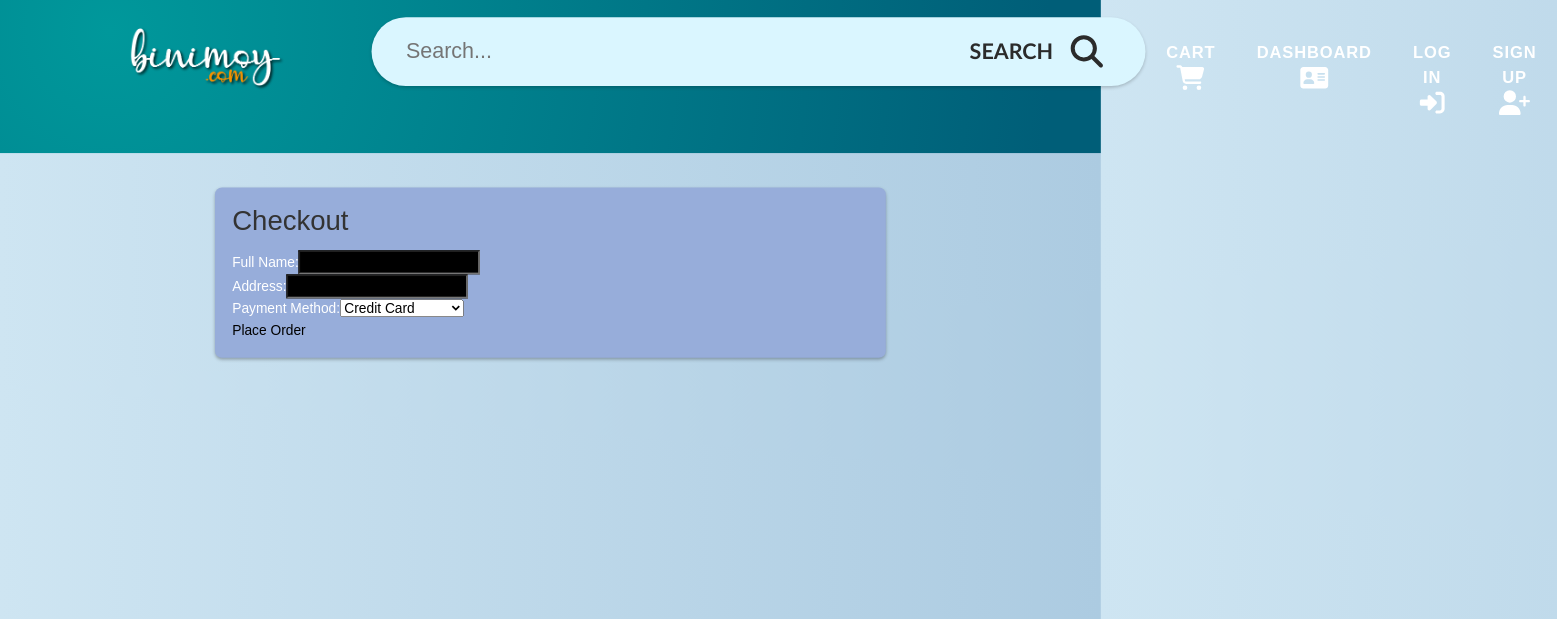
Repository: Shadman2024/2_1_DatabaseProject
Page: /checkout (app in frontend/)
The author's editor kept a copy of each file at every save. The page is drawn from the files as they stood at one save, then again after the next save.
The browser window is 1280 px wide. The page is 1811 px wide, so the pictures cover 1811 px, including what lies to the right of the window. The pictures show the whole page, at 86% of full size.
Some web libraries are served in a nearby version. The project was rebuilt for these pictures with package versions that can differ from the ones it lists, and the page was loaded fresh each time. Also part of the build but not shown: frontend/src/App.css, frontend/src/signUp/signup.js, frontend/src/logIn/login.js, frontend/src/Home/home.module.css, frontend/src/Home/hero.js, frontend/src/Home/hero2.js, frontend/src/Home/hero3.js, frontend/src/Home/smallcategory.module.css and 31 more.

Above is the page before, as saved 2024-03-08 12:44:37.

### frontend/public/index.html
<!DOCTYPE html>
<html lang="en">

<head>
  <meta charset="utf-8" />
  <link rel="icon" href="%PUBLIC_URL%/favicon.ico" />
  <meta name="viewport" content="width=device-width, initial-scale=1" />
  <meta name="theme-color" content="#000000" />
  <meta name="description" content="Web site created using create-react-app" />
  <link rel="apple-touch-icon" href="%PUBLIC_URL%/logo192.png" />
  <!--
      manifest.json provides metadata used when your web app is installed on a
      user's mobile device or desktop. See https://developers.google.com/web/fundamentals/web-app-manifest/
    -->
  <link rel="manifest" href="%PUBLIC_URL%/manifest.json" />
  <link href="https://cdn.jsdelivr.net/npm/bootstrap@5.0.2/dist/css/bootstrap.min.css" rel="stylesheet"
    integrity="sha384-EVSTQN3/azprG1Anm3QDgpJLIm9Nao0Yz1ztcQTwFspd3yD65VohhpuuCOmLASjC" crossorigin="anonymous">
  <!--
      Notice the use of %PUBLIC_URL% in the tags above.
      It will be replaced with the URL of the `public` folder during the build.
      Only files inside the `public` folder can be referenced from the HTML.

      Unlike "/favicon.ico" or "favicon.ico", "%PUBLIC_URL%/favicon.ico" will
      work correctly both with client-side routing and a non-root public URL.
      Learn how to configure a non-root public URL by running `npm run build`.
    -->
  <title>React App</title>
</head>

<body style="background: linear-gradient(to right, #cee5f2, #accbe1);
/* Other styles */
margin: 0;
height: 100vh;
color: white;">
<!-- <body style="background: #1B1B1B"> -->


  <noscript>You need to enable JavaScript to run this app.</noscript>
  <div id="root"></div>
  <!--
      This HTML file is a template.
      If you open it directly in the browser, you will see an empty page.

      You can add webfonts, meta tags, or analytics to this file.
      The build step will place the bundled scripts into the <body> tag.

      To begin the development, run `npm start` or `yarn start`.
      To create a production bundle, use `npm run build` or `yarn build`.
    -->
  <script src="https://cdn.jsdelivr.net/npm/bootstrap@5.0.2/dist/js/bootstrap.bundle.min.js"
    integrity="sha384-MrcW6ZMFYlzcLA8Nl+NtUVF0sA7MsXsP1UyJoMp4YLEuNSfAP+JcXn/tWtIaxVXM"
    crossorigin="anonymous"></script>
  <script src="https://cdn.jsdelivr.net/npm/@popperjs/core@2.9.2/dist/umd/popper.min.js"
    integrity="sha384-IQsoLXl5PILFhosVNubq5LC7Qb9DXgDA9i+tQ8Zj3iwWAwPtgFTxbJ8NT4GN1R8p"
    crossorigin="anonymous"></script>
  <script src="https://cdn.jsdelivr.net/npm/bootstrap@5.0.2/dist/js/bootstrap.min.js"
    integrity="sha384-cVKIPhGWiC2Al4u+LWgxfKTRIcfu0JTxR+EQDz/bgldoEyl4H0zUF0QKbrJ0EcQF"
    crossorigin="anonymous"></script>
  <script src="https://code.jquery.com/jquery-3.2.1.slim.min.js"
    integrity="sha384-KJ3o2DKtIkvYIK3UENzmM7KCkRr/rE9/Qpg6aAZGJwFDMVNA/GpGFF93hXpG5KkN"
    crossorigin="anonymous"></script>
  <script src="https://cdnjs.cloudflare.com/ajax/libs/popper.js/1.12.3/umd/popper.min.js"
    integrity="sha384-vFJXuSJphROIrBnz7yo7oB41mKfc8JzQZiCq4NCceLEaO4IHwicKwpJf9c9IpFgh"
    crossorigin="anonymous"></script>
  <script src="https://maxcdn.bootstrapcdn.com/bootstrap/4.0.0-beta.2/js/bootstrap.min.js"
    integrity="sha384-alpBpkh1PFOepccYVYDB4do5UnbKysX5WZXm3XxPqe5iKTfUKjNkCk9SaVuEZflJ"
    crossorigin="anonymous"></script>


</body>

</html>

### frontend/src/index.css
*{
  margin: 0;
  outline: none;
}
body {
  margin: 0;
  font-family: -apple-system, BlinkMacSystemFont, 'Segoe UI', 'Roboto', 'Oxygen',
    'Ubuntu', 'Cantarell', 'Fira Sans', 'Droid Sans', 'Helvetica Neue',
    sans-serif;
  -webkit-font-smoothing: antialiased;
  -moz-osx-font-smoothing: grayscale;
}

code {
  font-family: source-code-pro, Menlo, Monaco, Consolas, 'Courier New',
    monospace;
}
html {
  scroll-behavior: smooth;
  position: relative;
  min-height: 100%;
  overflow-x: hidden;
}

### frontend/src/checkout/checkout.js
import React, { Fragment, useState, useEffect, useLayoutEffect } from 'react';
import { useLocation, useNavigate } from 'react-router-dom';
import styles from './checkout.module.css';

const Checkout = ({ setAuth }) => {
    const navigate = useNavigate();
    const location = useLocation();
    const { cartItems } = location.state || { cartItems: [] };

    // States for form inputs
    const [name, setName] = useState('');
    const [address, setAddress] = useState('');
    const [paymentMethod, setPaymentMethod] = useState('creditCard');

    const handleSubmit = async (e) => {
        e.preventDefault();
        // Here you would typically send the order to your backend server
        // For this example, we'll just log it to the console and navigate to a confirmation page
        console.log({
            name,
            address,
            paymentMethod,
            cartItems,
        });
        // navigate('/order-confirmation'); // Assuming you have an order confirmation page
    };

    return (
        <Fragment>
            <div className={styles.checkoutContainer}>
                <h2>Checkout</h2>
                <form onSubmit={handleSubmit} className={styles.checkoutForm}>
                    <div className={styles.formGroup}>
                        <label htmlFor="name">Full Name:</label>
                        <input type="text" id="name" value={name} onChange={(e) => setName(e.target.value)} required />
                    </div>
                    <div className={styles.formGroup}>
                        <label htmlFor="address">Address:</label>
                        <input type="text" id="address" value={address} onChange={(e) => setAddress(e.target.value)} required />
                    </div>
                    <div className={styles.formGroup}>
                        <label>Payment Method:</label>
                        <select value={paymentMethod} onChange={(e) => setPaymentMethod(e.target.value)} required>
                            <option value="creditCard">Credit Card</option>
                            <option value="paypal">PayPal</option>
                            <option value="cash">Cash on Delivery</option>
                        </select>
                    </div>
                    <button type="submit" className={styles.submitButton}>Place Order</button>
                </form>
            </div>
        </Fragment>
    );
};

export default Checkout;

### frontend/src/signUp/signup.module.css

.login_box {
  position: absolute;
  top: 50%;
  left: 50%;
  width: 400px;
  padding: 40px;
  margin: 20px auto;
  transform: translate(-50%, -55%);
  background-image: radial-gradient( circle farthest-corner at 10% 20%,  rgba(0,152,155,1) 0.1%, rgba(0,94,120,1) 94.2% );
  box-sizing: border-box;
  box-shadow: 0 15px 25px rgba(0,0,0,.6);
  border-radius: 10px;
  color: #ffffff;
  font-size: large;
  /* padding-left: 100px;
  padding-right: 100px; */
}
.login_box .user_box {
  position: relative;
}

.login_box .user_box input {
  width: 100%;
  padding: 10px 0;
  font-size: 16px;
  color: #fffdfd;
  margin-bottom: 30px;
  border: none;
  /* background-color: #0F1F2A; */
  border-bottom: 1px solid #ffffff;
  outline: none;
  background: transparent;
  font-size: larger;
  /* font-weight: bolder; */
}

.login_box .user_box label {
  position: absolute;
  top: -20px;
  left: 0;
  padding: 10px 0;
  font-size: 20px;
  color: #ffffff;
  /* background-color: #2E5D7F; */
  pointer-events: none;
  transition: .5s;
  font-size: large;
  /* padding: 0px;
  padding-left: 20%;
  padding-right: 20%; */
  font-weight: bold;
}

.login_box .user_box input:focus ~ label,
.login_box .user_box input:valid ~ label {
  /* top: -20px; */
  left: 0;
  color: #ffffff;
  font-size: 20px;
  /* background-color: #242424; */
  padding: 0px;
  padding-left: 10px;
  padding-right: 10px;
  font-weight: bolder;
}


.login_box p:first-child {
  margin: 0 0 30px;
  padding: 0;
  color: #ffffff;
  text-align: center;
  font-size: 1.5rem;
  font-weight: bold;
  letter-spacing: 1px;
  padding-bottom: 30px;
}




.animated_button {
  position: relative;
  display: inline-block;
  padding: 12px 24px;
  border: none;
  font-size: 16px;
  background-color: inherit;
  border-radius: 100px;
  font-weight: 600;
  color: #ffffff;
  box-shadow: 0 0 0 2px #ffffff00;
  cursor: pointer;
  overflow: hidden;
  transition: all 0.6s cubic-bezier(0.23, 1, 0.320, 1);
  text-align: center;
  font-size: 1.2rem;
  /* font-weight: bold; */
  letter-spacing: 1px;
  /* padding-bottom: 30px; */
}

.animated_button span:last-child {
  position: absolute;
  top: 50%;
  left: 50%;
  transform: translate(-50%, -50%);
  width: 20px;
  height: 20px;
  background-color: #fff;
  /* color: #000; */
  border-radius: 50%;
  opacity: 0;
  transition: all 0.8s cubic-bezier(0.23, 1, 0.320, 1);
}

.animated_button span:first-child {
  position: relative;
  z-index: 1;
}

.animated_button:hover {
  box-shadow: 0 0 0 3px #ffffff;
  color: #2F0332;
}

.animated_button:active {
  scale: 0.95;
}

.animated_button:hover span:last-child {
  width: 150px;
  height: 150px;
  opacity: 1;
}

input {
  color: white;
  background-color: black;
}

::-ms-reveal {
  filter: invert(100%);
}

/* Chrome, Safari, Edge, Opera */
input::-webkit-outer-spin-button,
input::-webkit-inner-spin-button {
-webkit-appearance: none;
margin: 0;
}

### frontend/src/logIn/login.module.css


.login_box {
  position: absolute;
  top: 50%;
  left: 50%;
  width: 400px;
  padding: 40px;
  margin: 20px auto;
  transform: translate(-50%, -55%);
  background-image: radial-gradient( circle farthest-corner at 10% 20%,  rgba(0,152,155,1) 0.1%, rgba(0,94,120,1) 94.2% );
  box-sizing: border-box;
  box-shadow: 0 15px 25px rgba(0, 0, 0, .6);
  border-radius: 10px;
  color: #ffffff;
  font-size: large;
  /* padding-left: 100px;
  padding-right: 100px; */
}

.login_box .user_box {
  position: relative;
}

.login_box .user_box input {
  width: 100%;
  padding: 10px 0;
  font-size: 16px;
  color: #fffdfd;
  margin-bottom: 30px;
  border: none;
  /* background-color: #0F1F2A; */
  border-bottom: 1px solid #ffffff;
  outline: none;
  background: transparent;
  font-size: larger;
  /* font-weight: bolder; */
}

.login_box .user_box label {
  position: absolute;
  top: -20px;
  left: 0;
  padding: 10px 0;
  font-size: 20px;
  color: #ffffff;
  /* background-color: #2E5D7F; */
  pointer-events: none;
  transition: .5s;
  font-size: large;
  /* padding: 0px;
  padding-left: 20%;
  padding-right: 20%; */
  font-weight: bold;
}

.login_box .user_box input:focus~label,
.login_box .user_box input:valid~label {
  /* top: -20px; */
  left: 0;
  color: #ffffff;
  font-size: 20px;
  /* background-color: #242424; */
  padding: 0px;
  padding-left: 10px;
  padding-right: 10px;
  font-weight: bolder;
}


.login_box p:first-child {
  margin: 0 0 30px;
  padding: 0;
  color: #ffffff;
  text-align: center;
  font-size: 1.5rem;
  font-weight: bold;
  letter-spacing: 1px;
  padding-bottom: 30px;
}




.animated_button {
  position: relative;
  display: inline-block;
  padding: 12px 24px;
  border: none;
  font-size: 16px;
  background-color: inherit;
  border-radius: 100px;
  font-weight: 600;
  color: #ffffff;
  box-shadow: 0 0 0 2px #ffffff00;
  cursor: pointer;
  overflow: hidden;
  transition: all 0.6s cubic-bezier(0.23, 1, 0.320, 1);
  text-align: center;
  font-size: 1.2rem;
  /* font-weight: bold; */
  letter-spacing: 1px;
  /* padding-bottom: 30px; */
}

.animated_button span:last-child {
  position: absolute;
  top: 50%;
  left: 50%;
  transform: translate(-50%, -50%);
  width: 20px;
  height: 20px;
  background-color: #fff;
  /* color: #000; */
  border-radius: 50%;
  opacity: 0;
  transition: all 0.8s cubic-bezier(0.23, 1, 0.320, 1);
}

.animated_button span:first-child {
  position: relative;
  z-index: 1;
}

.animated_button:hover {
  box-shadow: 0 0 0 3px #ffffff;
  color: #2F0332;
}

.animated_button:active {
  scale: 0.95;
}

.animated_button:hover span:last-child {
  width: 150px;
  height: 150px;
  opacity: 1;
}

input {
  color: white;
  background-color: black;
}

::-ms-reveal {
  filter: invert(100%);
}

### frontend/src/dashboard/dashboard.module.css
body {
    /* font-family: Arial, sans-serif; */
    margin: 0;
    padding: 0;
    box-sizing: border-box;
    /* font-size: larger; */
}

.container {
    font-size: 30px;
    display: flex;
    justify-content: space-around;
    margin: 20px;
    margin-left: 130px;
    margin-right: 130px;
}

.user_info,
.order_info {
    flex-basis: 45%;
    padding: 20px;
    box-shadow: 0 0 10px rgba(0, 0, 0, 0.1);
}


.user_photo {
    width: 200px;
    height: 200px;
    object-fit: cover;
    border-radius: 50%;
    margin-bottom: 20px;
}

h2 {
    color: #333;
    margin-bottom: 15px;
}

p {
    line-height: 1.6;
    color: #666;
}

strong {
    color: #333;
}

@media (max-width: 768px) {
    .container {
        flex-direction: column;
        align-items: center;
    }

    .user-info,
    .order-info {
        flex-basis: 90%;
    }
}

.title {
    /* Add styles for your title here */
    margin-bottom: 10px;
    /* Example space between title and wrapper */
    font-size: 30px;
    color: rgb(255, 255, 255);
    font-weight: bolder;
    padding-left: 200px;
    background-image: radial-gradient( circle farthest-corner at 10% 20%,  rgba(0,152,155,1) 0.1%, rgba(0,94,120,1) 94.2% );
    margin-top: 0px;
    letter-spacing: 5px;
}

.animated_button {
    position: relative;
    display: inline-block;
    padding: 12px 24px;
    border: none;
    font-size: 16px;
    background-color: rgb(71, 0, 73);
    border-radius: 100px;
    font-weight: 600;
    color: rgb(255, 255, 255);
    box-shadow: 0 0 0 2px #ffffff00;
    cursor: pointer;
    overflow: hidden;
    transition: all 0.6s cubic-bezier(0.23, 1, 0.320, 1);
    text-align: center;
    font-size: 1.2rem;
    /* font-weight: bold; */
    letter-spacing: 1px;
    /* padding-bottom: 30px; */
}

.animated_button span:last-child {
    position: absolute;
    top: 50%;
    left: 50%;
    transform: translate(-50%, -50%);
    width: 20px;
    height: 20px;
    background-color: rgb(71, 0, 73);
    /* color: #000; */
    border-radius: 50%;
    opacity: 0;
    transition: all 0.8s cubic-bezier(0.23, 1, 0.320, 1);
}

.animated_button span:first-child {
    position: relative;
    z-index: 1;
}

.animated_button:hover {
    box-shadow: 0 0 0 3px #ffffff;
    color: #2F0332;
}

.animated_button:active {
    scale: 0.95;
}

.animated_button:hover span:last-child {
    width: 150px;
    height: 150px;
    opacity: 1;
}
.userDetails {
    margin-bottom: 10px;
    color: #0f0f0f;
    font-size: 30px;
}

.userDetails strong {
    color: #2c2c2c;
    font-weight: bold;
}
.user_photo{
    margin-top: 10px;
}

.userDetail {
    display: flex;
    align-items: center;
    margin-bottom: 10px;
}

.detailLabel, .detailValue {
    margin-right: 100px;
}

.detailLabel {
    /* If you want the labels to have a fixed width for alignment */
    width: 220px;
    font-weight: bold;
    color: #000;
}

.detailValue {
    flex-grow: 1;
    color: #333;
}

/* Your existing styles */

### frontend/src/orders/orders.module.css
/* orders.module.css */
.orders_container {
  padding: 20px;
  /* background: #f5f5f5; */
  border-radius: 8px;
  /* box-shadow: 0 2px 4px rgba(0,0,0,0.1); */
  margin-left: 250px;
  margin-right: 250px;
  margin-left: 250px;
  margin-top: 40px;
  margin-right: 250px;
  padding: 20px;
  /* background-color: #f9f9f9; */
  border-radius: 8px;
  box-shadow: 0 2px 4px rgba(0,0,0,0.3);
  background-color: #97adda;
}

.title {
  font-size: 30px;;
  color: rgb(255, 255, 255);
  font-weight: bolder;
  background-image: radial-gradient( circle farthest-corner at 10% 20%,  rgba(0,152,155,50%) 0.1%, rgba(0,94,120,50%) 94.2% );
  margin-top: 0px;
  /* background-color: #ba96db; */
  letter-spacing: 5px;
  margin-bottom: 0px;
  padding-bottom: 0px;
  border-radius: 0.5rem;
  padding: 10px;
  text-align: center;
  border-radius: 1rem 1rem 1rem 1rem;
  margin-bottom: 10px;
}

.order {
  /* background: #ffffff; */
  padding: 15px;
  margin-bottom: 20px;
  /* border-radius: 8px; */
  /* box-shadow: 0 1px 3px rgba(0,0,0,0.12), 0 1px 2px rgba(0,0,0,0.24); */
  font-size: 20px;
  border-radius: 1rem 1rem 1rem 1rem;
  background-color: white;
}

.order h3 {
  color: #0275d8;
  font-size: 20px;
  margin-top: 0;
  margin-bottom: 10px;
}

.order p {
  color: #313131;
  margin: 5px 0;
}

ul {
  list-style-type: none;
  padding: 0;
}

li {
  margin: 5px 0;
  color: #363636;
}

strong {
  color: #333;
}

/* Specific styles for shipping and payment sections */
.order > div {
  margin-top: 10px;
  padding-top: 10px;
  border-top: 1px solid #eee;
}

/* Adjust the below properties as per your UI requirements */
.orders_table {
  width: 100%;
  border-collapse: collapse;
}

.orders_table th, .orders_table td {
  text-align: left;
  padding: 8px;
  border-bottom: 1px solid #ddd;
}

.orders_table th {
  background-color: #f9f9f9;
}
.orders_table {
  width: 100%;
  margin-top: 10px;
  border-collapse: collapse;
}

.orders_table th, .orders_table td {
  text-align: left;
  padding: 8px;
  border-bottom: 1px solid #ddd;
}

.orders_table th {
  background-color: teal;
  /* color: #313131; */
}
.orders_table td {
  background-color: #e0e0e0;
  color: #313131;
}

### frontend/src/checkout/checkout.module.css
.checkoutContainer{
    padding: 20px;
    /* background: #f5f5f5; */
    border-radius: 8px;
    /* box-shadow: 0 2px 4px rgba(0,0,0,0.1); */
    margin-left: 250px;
    margin-right: 250px;
    margin-left: 250px;
    margin-top: 40px;
    margin-right: 250px;
    padding: 20px;
    /* background-color: #f9f9f9; */
    border-radius: 8px;
    box-shadow: 0 2px 4px rgba(0,0,0,0.3);
    background-color: #97adda;
}

### frontend/src/Home/hero.module.css
.hero {
    /* height: 100vh; */
    background: linear-gradient(180deg, #fde1ff, #e1ffea22 60%);
    display: flex;
    margin-bottom: 25px;
}

.hero_left {
    flex: 1;
    display: flex;
    flex-direction: column;
    /* justify-content: center; */
    padding-top: 10px;
    gap: 2px;
    padding-left: 10px;
    line-height: 1.1;
}

.hero_left h2 {
    color: rgb(41, 0, 35);
    font-size: 26 px;
    font-weight: 600;
}

.hero_left p {
    color: rgb(50, 0, 54);
    font-size: 100px;
    font-weight: 600;
}

.hero_hand_icon {
    display: flex;
    align-items: center;
    gap: 20px;
}

.image {
    /* max-width: 100%; */
    width: 199%;
    height: 500px;
    display: block; /* Ensure images resize within their container */
    border: 2px solid black;
    border-radius: 0.4rem;
  }

/* .hero-latest-btn{
    display: flex;
    justify-content: center;
    align-items: center;
    gap: 15px;
    width: 310px;
    height: 70px;
    background: #3d1a3f;
    color: white;
    font-size: 22px;
    font-weight: 500;

} */

.hero_right {
    flex: 1;
    display: flex;
    align-items: center;
    justify-content: center;
}

button {
    position: relative;
    display: inline-block;
    cursor: pointer;
    outline: none;
    border: 0;
    vertical-align: middle;
    text-decoration: none;
    background: transparent;
    padding: 0;
    font-size: inherit;
    font-family: inherit;
}

button.learn_more {
    width: 12rem;
    height: auto;
}

button.learn_more .circle {
    transition: all 0.45s cubic-bezier(0.65, 0, 0.076, 1);
    position: relative;
    display: block;
    margin: 0;
    width: 3rem;
    height: 3rem;
    background: #ffffff;
    border-radius: 1.625rem;
}

button.learn_more .circle .icon {
    transition: all 0.45s cubic-bezier(0.65, 0, 0.076, 1);
    position: absolute;
    top: 0;
    bottom: 0;
    margin: auto;
    background: #ffffff;
}

button.learn_more .circle .icon {
    transition: all 0.45s cubic-bezier(0.65, 0, 0.076, 1);
    left: 0.625rem;
    width: 1.125rem;
    height: 0.125rem;
    background: none;
}

button.learn_more .circle .icon::before {
    position: absolute;
    content: "";
    top: -0.29rem;
    right: 0.0625rem;
    width: 0.625rem;
    height: 0.625rem;
    border-top: 0.125rem solid #020202;
    border-right: 0.125rem solid #000000;
    transform: rotate(45deg);
}

button.learn_more .button_text {
    transition: all 0.45s cubic-bezier(0.65, 0, 0.076, 1);
    position: absolute;
    top: 0;
    left: 0;
    right: 0;
    bottom: 0;
    padding: 0.75rem 0;
    margin: 0 0 0 1.85rem;
    color: #ffffff;
    font-weight: 700;
    line-height: 1.6;
    text-align: center;
    text-transform: uppercase;
}

button:hover .circle {
    width: 100%;
}

button:hover .circle .icon{
    background: #000000;
    transform: translate(1rem, 0);
}

button:hover .button_text {
    color: #000000;
}

Loaded but not shown: frontend/src/NavBar/nav.js (82 lines, source omitted); frontend/src/App.js (81 lines, source omitted); frontend/src/index.js (10 lines, source omitted); frontend/src/seach/search.module.css (299 lines, source omitted); frontend/src/NavBar/nav.module.css (307 lines, source omitted); frontend/src/Home/hero2.module.css (153 lines, source omitted); frontend/src/Home/hero3.module.css (153 lines, source omitted); frontend/src/admin/admin.module.css (no stored copy; drawn as an empty file)

After the next save:
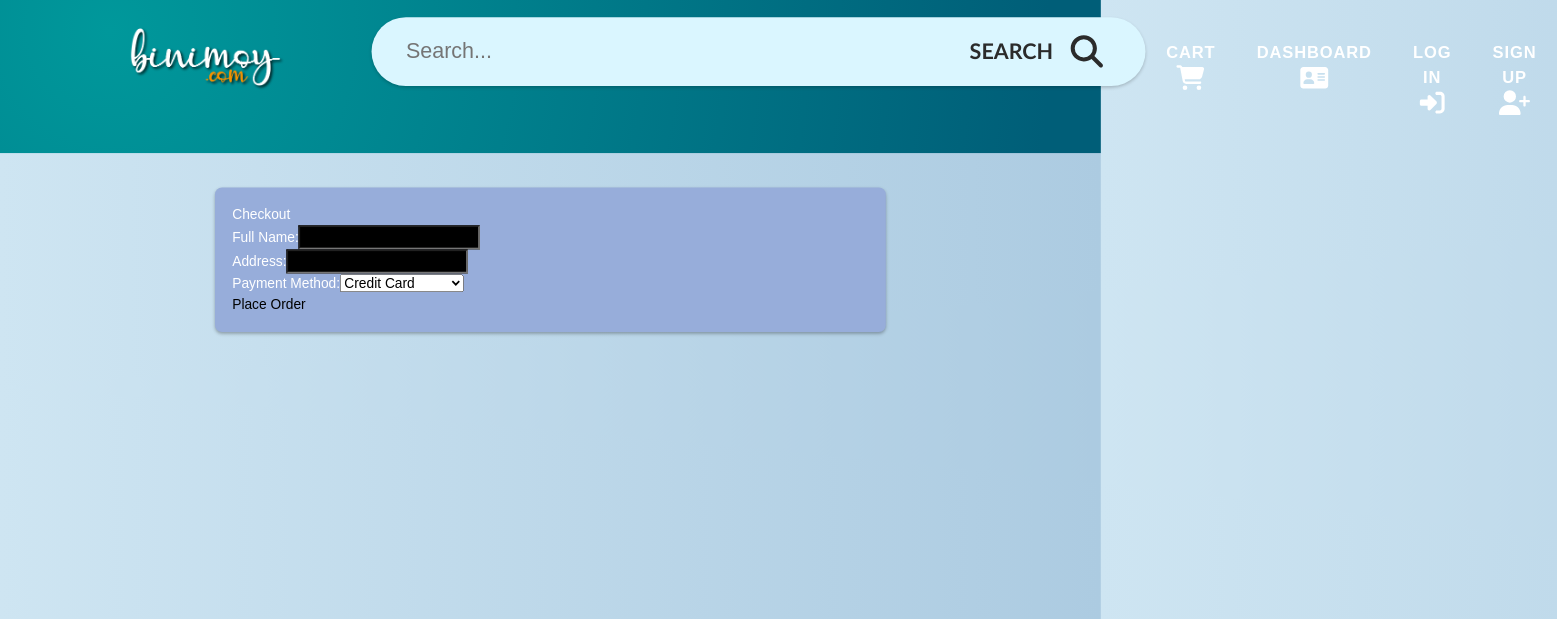
Saved 26 s later.
--- a/frontend/src/checkout/checkout.js
+++ b/frontend/src/checkout/checkout.js
@@ -28,7 +28,7 @@ const Checkout = ({ setAuth }) => {
     return (
         <Fragment>
             <div className={styles.checkoutContainer}>
-                <h2>Checkout</h2>
+                <div className={styles.title}>Checkout</div>
                 <form onSubmit={handleSubmit} className={styles.checkoutForm}>
                     <div className={styles.formGroup}>
                         <label htmlFor="name">Full Name:</label>
